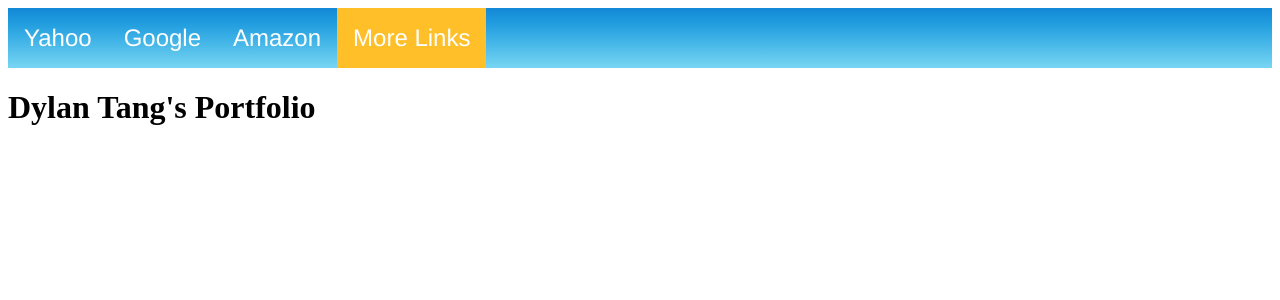
Repository: TangDylan/TangDylan.github.io
Page: index.html
The author's editor kept a record of every edit. The page is drawn from the files as they stood at one moment, then again after the next edit.
The browser window is 1280 px wide. The pictures show the whole page.

Above is the page before.

### index.html
<!DOCTYPE html>
<html>
  <head>

    <title>Dylan Tang's Portfolio</title>

    <style>

     .navbar{
        background-image: linear-gradient(to bottom, #1388d6, #219cdf, #3bb0e6, #59c3ec, #77d5f2);
        width: 100%;
        height: 60px;
      }

     .navbar a {
        color: white;
        font-size: 24px;
        font-family:helvetica;
        text-decoration: none;
        padding:16px;
        float:left;
      }

      .morelinks {
        color: white;
        font-size: 24px;
        font-family:helvetica;
        text-decoration: none;
        padding:16px;
      }

     .navbar a:hover, .morelinks:hover{
        background-color: #77d5f2;
      }

     .dropdown:hover .dropdown-content{
        display:block;
        background-image: linear-gradient(to bottom, #ffbf29, #ffc53f, #ffca52, #ffd063, #ffd573);;
      }

     .dropdown-content{
        position: absolute;
        z-index:1;
        display:none;
      }
     .dropdown {
         background-color:#ffbf29;
         color:white;
         float:left;
         text-decoration:none;
         font-size:24px;
     }


    </style>

  </head>
  <body>

    <div class="navbar">
      <a href="https://www.yahoo.com">Yahoo</a>
      <a href="https://www.google.com">Google</a>
      <a href="https://www.amazon.com/">Amazon</a>
      <div class="dropdown">
        <div class="morelinks">More Links</div>
        <div class="dropdown-content">
          <a href="https://www.awseducate.com">AWS Educate</a>
          <a href="https://www.collegeboard.org">College Board</a>
        </div>
      </div>

    </div>
    <h1>Dylan Tang's Portfolio</h1>
  </body>
</html>

After the next edit:
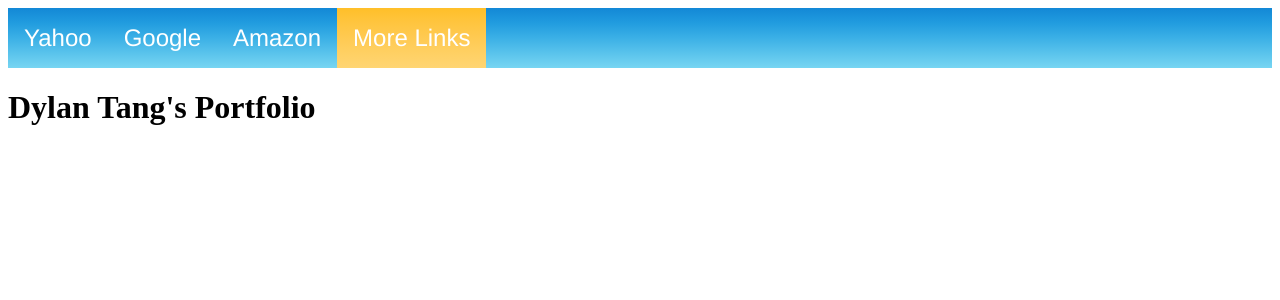
The edit:
--- a/index.html
+++ b/index.html
@@ -44,7 +44,7 @@
         display:none;
       }
      .dropdown {
-         background-color:#ffbf29;
+         background-image: linear-gradient(to bottom, #ffbf29, #ffc53f, #ffca52, #ffd063, #ffd573);
          color:white;
          float:left;
          text-decoration:none;
